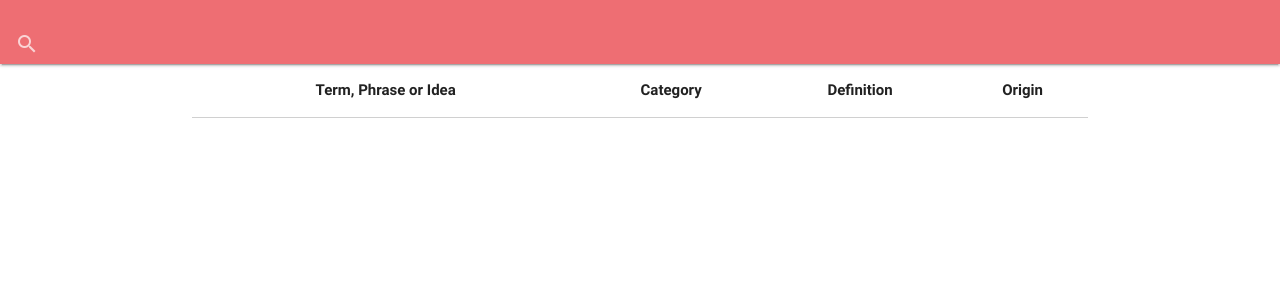
Repository: kalkiboru111/irish-dictionary-of-received-ideas
Page: http://localhost/
The author's editor kept a record of every edit. The page is drawn from the files as they stood at one moment, then again after the next edit.
The browser window is 1280 px wide. The pictures show the whole page.
Some web libraries are served in a nearby version. The page is served by the project's application, run on Flask 3 (app.py). Queries for data that is not in the repository find no rows.

Above is the page before.
Console error: TypeError: $(...).formSelect is not a function

### templates/terms.html

{% extends 'base.html' %}
{% block content %}

    <table class="highlight centered responsive-table">
        <thead>
          <tr>
              <th>Term, Phrase or Idea</th>
              <th>Category</th>
              <th>Definition</th>
              <th>Origin</th>
          </tr>
        </thead>
        <tbody>
        {% for term in terms %}
          <tr>
            <td>{{term.term_name}}</td>
            <td>{{term.term_category}}</td>
            <td>{{term.term_definition}}</td>
            <td>{{term.term_origin}}</td>
          </tr>
         {% endfor %}
        </tbody>
    </table>

{% endblock %}

### templates/base.html
<!DOCTYPE html>
<html>

<head>
    <link href="https://fonts.googleapis.com/icon?family=Material+Icons" rel="stylesheet">
    <link rel="stylesheet" href="https://cdnjs.cloudflare.com/ajax/libs/materialize/0.100.2/css/materialize.min.css">
    <link rel="stylesheet" href="{{url_for('static', filename='css/style.css')}}" type="text/css" />
</head>

<body>
    <header>
        <nav>
            <div class="nav-wrapper">
                <form>
                    <div class="input-field">
                        <input id="search" type="search" required>
                        <label class="label-icon" for="search"><i class="material-icons">search</i></label>
                        <i class="material-icons">close</i>
                    </div>
                </form>
            </div>
        </nav>
    </header>
    <div class="container">
        {% block content %} {% endblock %}
    </div>
    <script src="https://cdnjs.cloudflare.com/ajax/libs/jquery/3.2.1/jquery.min.js"></script>
    <script src="https://cdnjs.cloudflare.com/ajax/libs/materialize/0.100.2/js/materialize.min.js"></script>
    <script type="text/javascript">
        $(document).ready(function() {
            $('select').formSelect();
            $('.sidenav').sidenav();

        });
    </script>

</body>

</html>

### app.py
import os
from flask import Flask, render_template, redirect, request, url_for
from flask_pymongo import PyMongo
from bson.objectid import ObjectId

app = Flask(__name__)

app.config['MONGO_DBNAME'] = 'irish_dictionary'
app.config["MONGO_URI"] = os.getenv("MONGO_URI")

mongo = PyMongo(app)

@app.route('/')

# View directs user to terms page
@app.route('/get_terms')
def get_terms():
    return render_template("terms.html",
    terms=mongo.db.terms.find())

@app.route('/add_term')
def add_term():
    return render_template("add_term.html",
    categories=mongo.db.categories.find())

@app.route('/insert_term', methods=['POST'])
def insert_term():
    terms = mongo.db.terms
    terms.insert_one(request.form.to_dict())
    return redirect(url_for('get_terms'))

@app.route('/edit_term/<term_id>')
def editterm(term_id):
    the_term =  mongo.db.terms.find_one({"_id": ObjectId(term_id)})
    all_categories =  mongo.db.categories.find()
    return render_template('editterm.html', term=the_term,
                           categories=all_categories)

@app.route('/update_term/<term_id>', methods=['POST'])
def update_term(term_id):
    terms = mongo.db.terms
    terms.update( {"_id": ObjectId(term_id)},
    {   'term_name':request.form.get('term_name'),
        'category_name':request.form.get('category_name'),
        'term_definition': request.form.get('term_definition'),
        'term_origin':request.form.get('term_origin')
    })
    return redirect(url_for('get_terms'))

@app.route('/delete_term/<term_id>')
def delete_term(term_id):
    mongo.db.terms.remove({"_id": ObjectId(term_id)})
    return redirect(url_for('get_terms'))

if __name__ == '__main__':
    app.run(host=os.environ.get('IP'),
            port=int(os.environ.get('PORT')),
            debug=True)

### static/css/style.css
/* body {
    background-color: red;
} */

After the next edit:
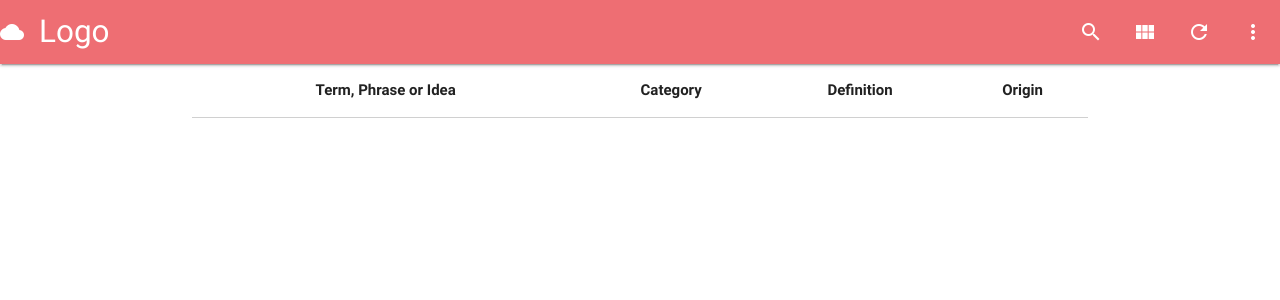
The edit:
--- a/templates/base.html
+++ b/templates/base.html
@@ -11,13 +11,14 @@
     <header>
         <nav>
             <div class="nav-wrapper">
-                <form>
-                    <div class="input-field">
-                        <input id="search" type="search" required>
-                        <label class="label-icon" for="search"><i class="material-icons">search</i></label>
-                        <i class="material-icons">close</i>
-                    </div>
-                </form>
+                <a href="#!" class="brand-logo"><i class="material-icons">cloud</i>Logo</a>
+                <ul class="right hide-on-med-and-down">
+                    <li><a href="sass.html"><i class="material-icons">search</i></a></li>
+                    <li><a href="badges.html"><i class="material-icons">view_module</i></a></li>
+                    <li><a href="collapsible.html"><i class="material-icons">refresh</i></a></li>
+                    <li><a href="mobile.html"><i class="material-icons">more_vert</i></a></li>
+                </ul>
+
             </div>
         </nav>
     </header>
